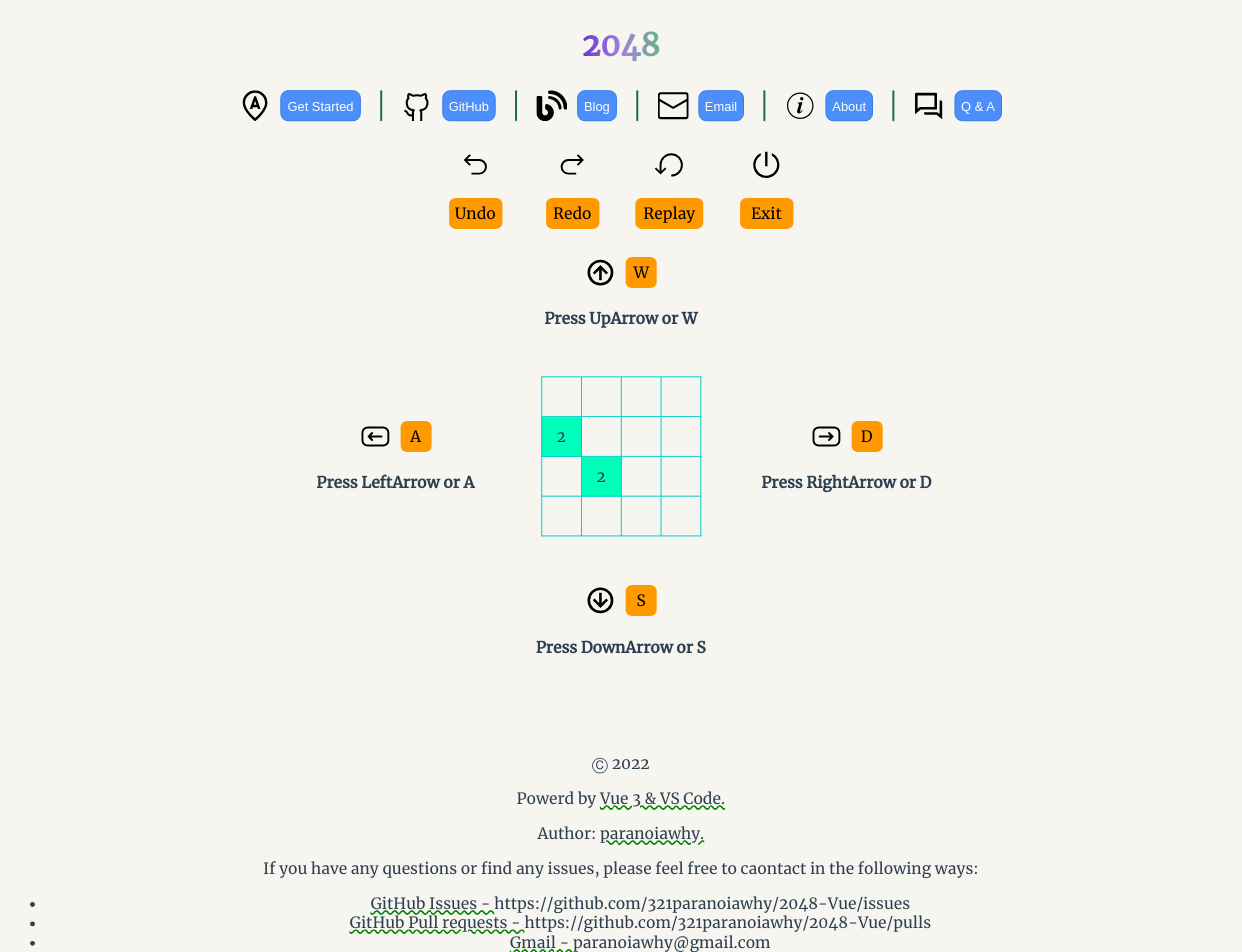
Repository: 321paranoiawhy/2048
Page: /
The author's editor kept a copy of each file at every save. The page is drawn from the files as they stood at one save, then again after the next save.
The browser window is 1280 px wide. The pictures show the whole page, at 97% of full size.
The project was rebuilt for these pictures with package versions that can differ from the ones it lists, and the page was loaded fresh each time. Also part of the build but not shown: vue.config.js.

Above is the page before, as saved 2022-04-28 10:24:06.

After the next save:
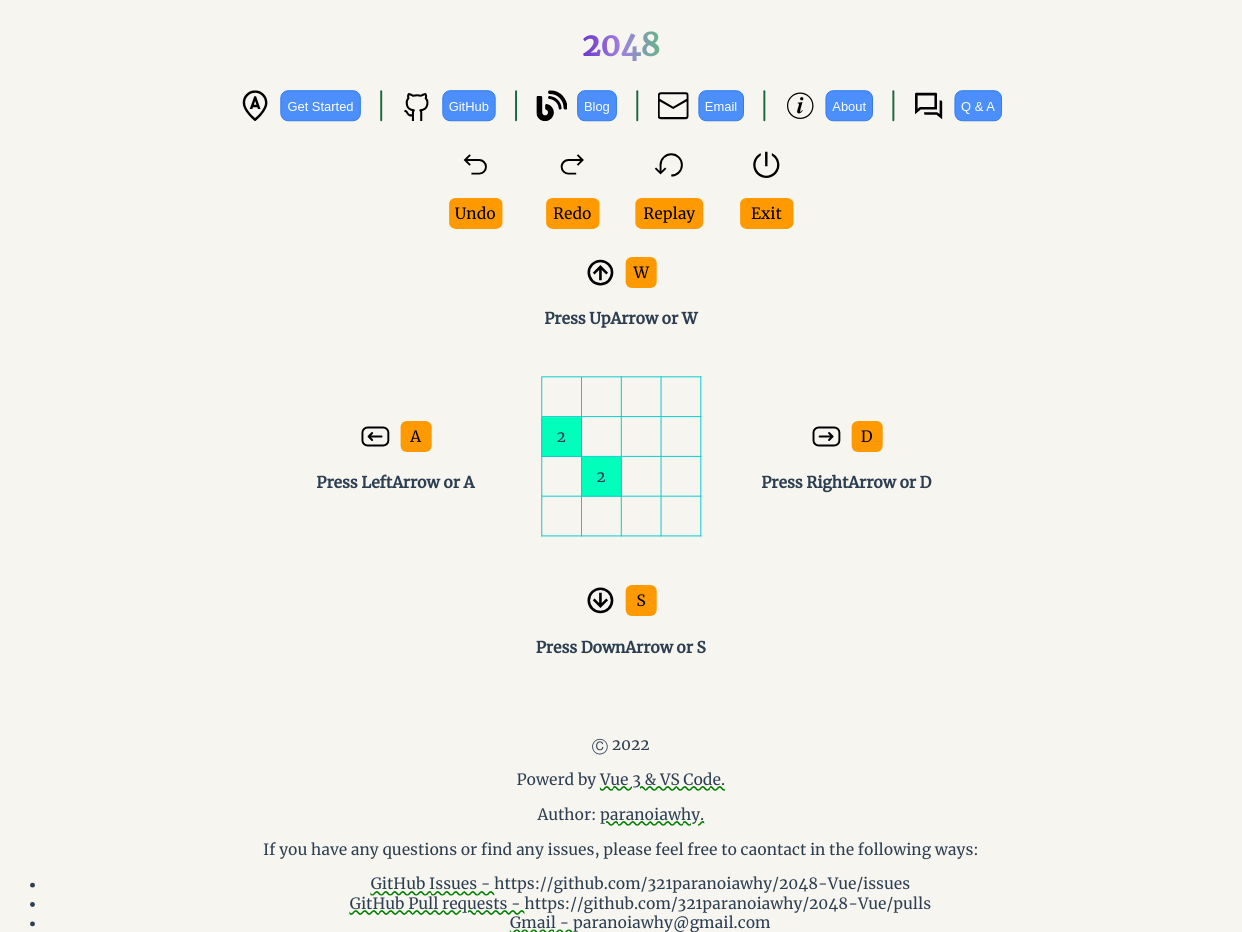
Saved 8 s later.
--- a/src/components/footer.vue
+++ b/src/components/footer.vue
@@ -37,6 +37,6 @@ footer a {
     text-decoration: green wavy underline;
 }
 footer {
-    margin-top: 100px;
+    margin-top: 80px;
 }
 </style>
